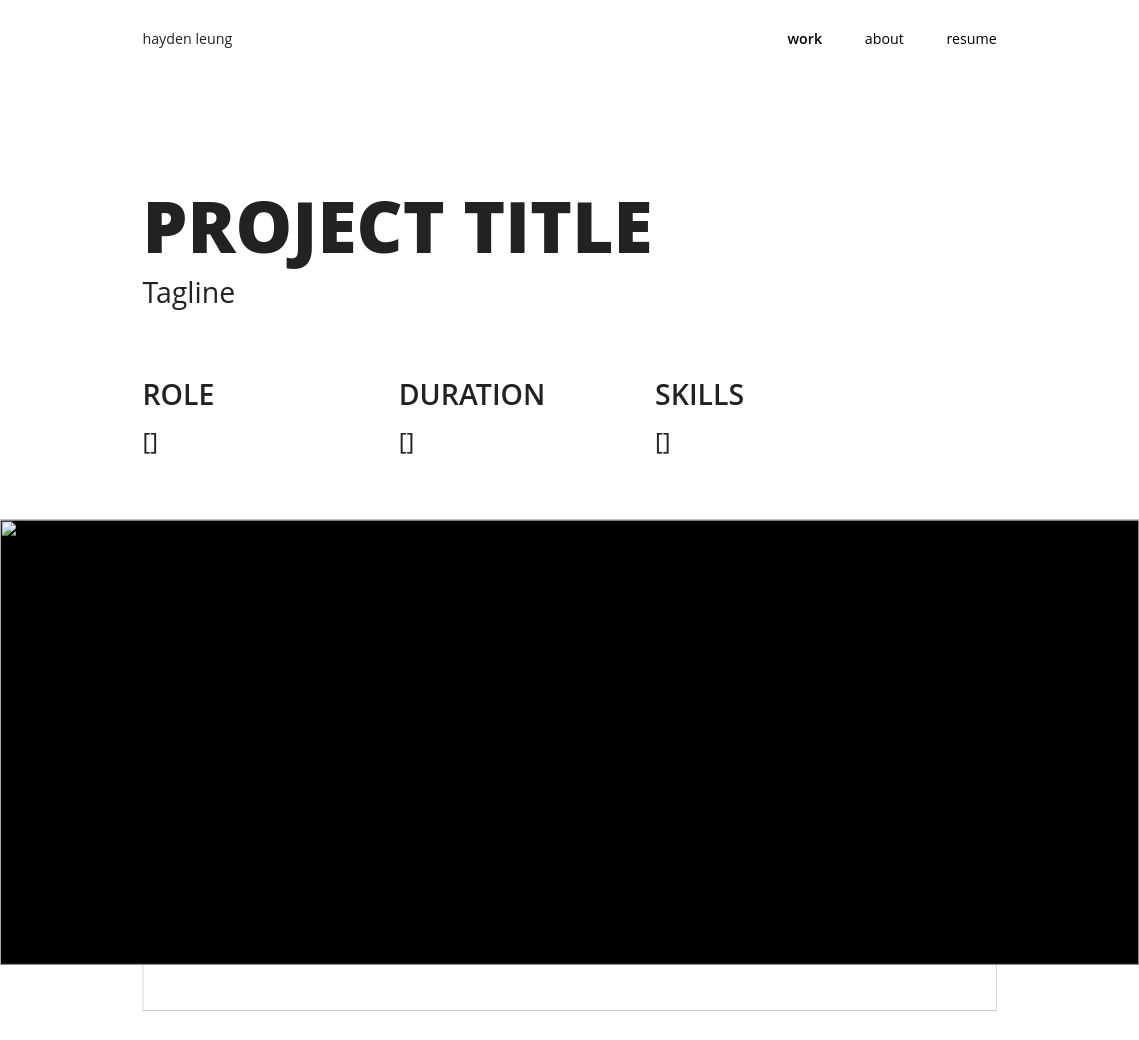
Repository: Haydenleung/Artifact
Page: /
An editor plug-in stored every save of this project. The page is shown before and after a run of saves, followed by the edit.
The browser window is 1280 px wide. The pictures show the whole page, at 89% of full size.
The project was rebuilt for these pictures with package versions that can differ from the ones it lists, and the page was loaded fresh each time. The framework's server and built-in components were replaced by stand-ins that run in the browser. Also part of the build but not shown: next.config.mjs.

Above is the page before, as saved 2024-01-29 00:10:12.

### src/pages/index.tsx
import Image from "next/image";
import Navbar from "@/components/Navbar";
import CaseStudy from "@/components/CaseStudy";

export default function Home() {
  return (
    <main className={"page"}>
      <Navbar />
      <div className={"caseStudy"}>
        <CaseStudy />
      </div>
    </main>
  )
}

### src/styles/globals.css
/* ==========================================================================
    [Table of contents]

    1. BASE
        1.1 Page Rendering Defaults
        1.2 Core Styling
        1.3 Typography
    2. LAYOUT
        2.1 Core Layout
        2.2 Small only
        2.3 medium and up
        2.4 Medium only
        2.5 large screens and up
    3. UTILITY classes
    4. PRINT

    ========================================================================== */

/* ==========================================================================
   BASE
   ========================================================================== */

/* 1.1 Page Rendering Defaults */

html {
  color: #222;
  font-size: 1em;
}

::-moz-selection {
  background: #b3d4fc;
  text-shadow: none;
}

::selection {
  background: #b3d4fc;
  text-shadow: none;
}

audio,
canvas,
iframe,
i,
img,
svg,
video {
  vertical-align: middle;
}

fieldset {
  border: 0;
  margin: 0;
  padding: 0;
}

textarea {
  resize: vertical;
}

/* 1.2 Core Styling */

/* refer to https://css-tricks.com/box-sizing/ */

*,
*:before,
*:after {
  box-sizing: border-box;
}

img {
  width: 100%;
}

/* 1.3 Typgraphy */

@import url('https://fonts.googleapis.com/css2?family=Open+Sans:ital,wght@0,300;0,400;0,500;0,600;0,700;0,800;1,300;1,400;1,500;1,600;1,700;1,800&display=swap');

h1,
h2,
h3,
h4,
h5,
h6 {
  font-weight: 400;
  /* text-align: center; */
  margin: 0;
}

h1 {
  font-size: 60pt;
  font-weight: 200;
}

h2 {
  font-size: 16pt;
}

h4 {
  font-size: 9pt;
}

h5 {
  font-size: 8pt;
}

* {
  font-family: 'Open Sans', sans-serif;
}


/* ==========================================================================
 2. LAYOUT
 ========================================================================== */

/* Helper to display empty layout containers*/

div,
main,
section,
footer,
header {
  /* outline: 1px solid #ccc; */
}

body {
  padding: 0;
  margin: 0;
}

/* 2.1 Core layout */

.row {
  display: grid;
  row-gap: 1rem;
}

.col {
  position: relative;
}

.page {
  display: flex;
  flex-direction: column;
  justify-content: center;
  align-items: center;
}

.caseStudy {
  width: 100%;
  padding: 2rem 10rem;
}

/* Navbar */

/* 2.2 Small only */

@media screen and (max-width: 39.9375em) {}

/* 2.3 medium and up */

@media screen and (min-width: 40em) {}

/* 2.4 Medium only */

@media screen and (min-width: 40em) and (max-width: 63.9375em) {}

/* 2.5 large screens and up 2.6 Large only */

/* @media screen and (min-width: 64em) {

} */

### src/components/Navbar/index.tsx
import styles from './navbar.module.css'
import Image from 'next/image'
import Link from 'next/link'
import { useState } from 'react'

export default function Navbar() {

    const [isPage, setIsPage] = useState("Work");

    return (
        <div className={styles.container}>
            <div className={styles.logo}>hayden leung</div>
            <div className={styles.pages}>
                <Link href="/" className={isPage === "Work" ? styles.bold : styles.normal}>work</Link>
                <Link href="/" className={isPage === "about" ? styles.bold : styles.normal}>about</Link>
                <Link href="/" className={isPage === "resume" ? styles.bold : styles.normal}>resume</Link>
            </div>
        </div>
    )
}

### src/components/CaseStudy/index.tsx
import Image from "next/image"
import styles from './casestudy.module.css'

export default function CaseStudy() {
    return (
        <div className={styles.project}>
            <div className={styles.titleSection}>
                <h1 className={styles.projetTitle}>PROJECT TITLE</h1>
                <h3 className={styles.projectTag}>Tagline</h3>
                <div className={styles.projectInfo}>
                    <div>ROLE
                        <div>[]</div>
                    </div>
                    <div>DURATION
                        <div>[]</div>
                    </div>
                    <div>SKILLS
                        <div>[]</div>
                    </div>
                </div>
                <Image src="/" alt="" width={100} height={500} className={styles.projectCover} />
            </div>
            <div className={styles.introduction}>
                <div className={styles.introTitle}>Intorduction</div>
                <div className={styles.introBody}>Lorem ipsum dolor sit amet consectetur. Vulputate amet eu nunc dui. Cras tempus etiam vehicula non ut amet semper sit. Suspendisse ultricies duis nullam et varius sed pellentesque in id. Quis vel eu malesuada nisl etiam. Non in sem odio quis vehicula posuere. Quis adipiscing molestie nulla augue vestibulum porta et. Duis proin tortor vitae lorem eget. Urna sit at nec montes dignissim.</div>
            </div>
            <div className={styles.process}>
                <div className={styles.processTitle}>Intorduction</div>
                <Image src="/" alt="" width={100} height={100} />
            </div>
        </div>
    )
}

### src/components/Navbar/navbar.module.css
.container {
    /* background-color: lightgrey; */
    padding: 0.5rem;
    width: 100%;
    padding: 2rem 10rem;
    display: flex;
    flex-direction: row;
    justify-content: space-between;
    position: sticky;
    min-height: 44px;
}

.logo {}

.pages {
    display: flex;
    flex-direction: row;
    gap: 3rem;
}

.bold {
    font-weight: 600;
    color: black;
    text-decoration: none;
}

.normal {
    color: black;
    text-decoration: none;
}

### src/components/CaseStudy/casestudy.module.css
.project {
    display: flex;
    flex-direction: column;
    gap: 10rem;
    padding-top: 5rem;
}

.projetTitle {
    font-weight: 800;
    text-transform: capitalize;
}

.projectTag {
    font-size: 24pt;
    font-weight: 400;
}

.projectInfo {
    display: flex;
    flex-direction: row;
    padding: 4rem 0;
}

.projectInfo>div {
    width: 30%;
    font-weight: 600;
    line-height: 180%;
    font-size: 24pt;
    min-width: 30%;
}

.projectInfo>div>div {

    font-weight: 400;
    line-height: 180%;
    font-size: 20pt;
}

.projectCover {
    position: absolute;
    left: 0;
    width: 100%;
    background-color: black;
}

Loaded but not shown: src/pages/_app.tsx (common file); src/pages/_document.tsx (common file)

After the next 3 saves:
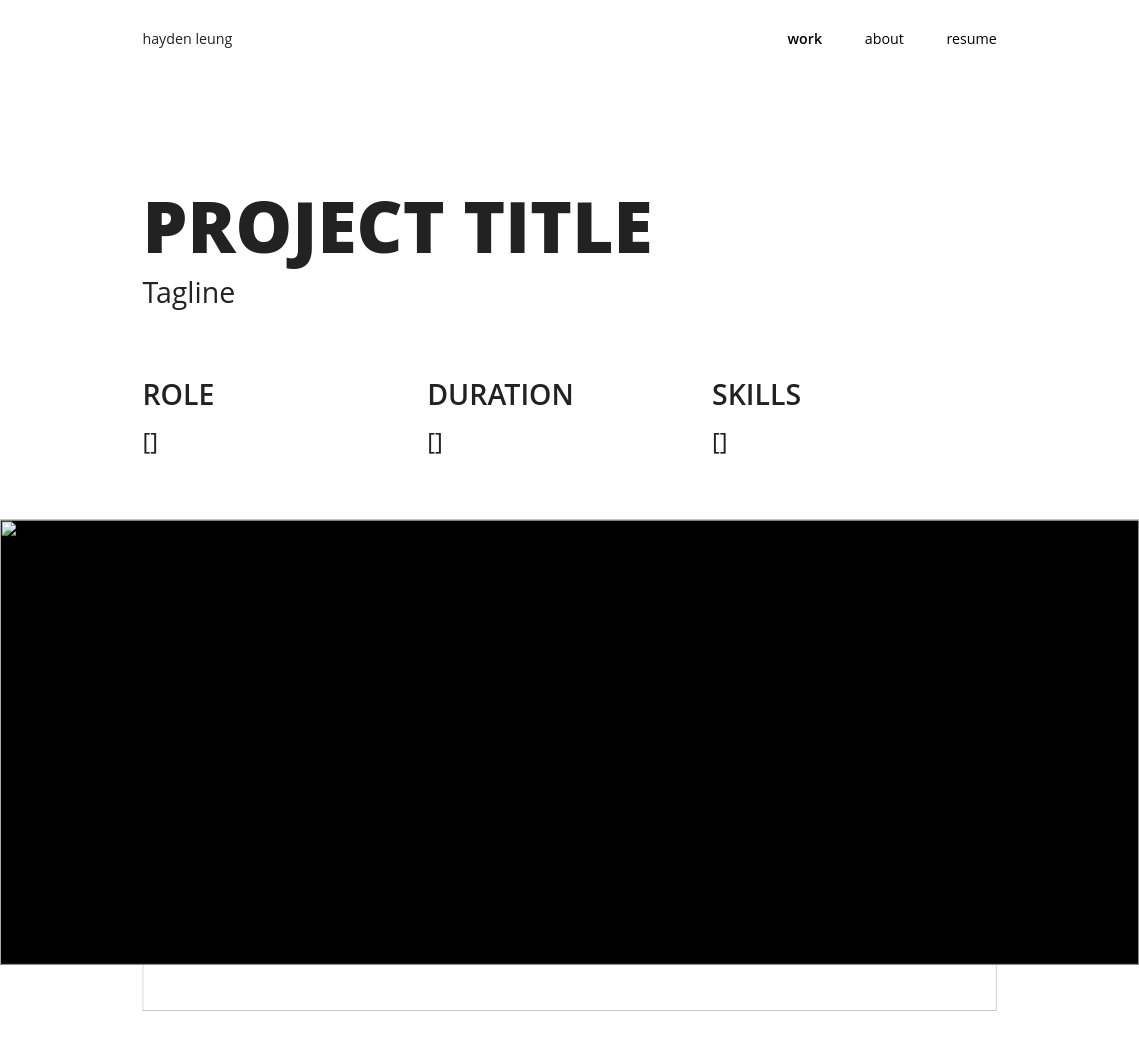
The 3 saves are shown as one change because they came seconds apart.
The last was saved 8 s later.
--- a/src/components/CaseStudy/casestudy.module.css
+++ b/src/components/CaseStudy/casestudy.module.css
@@ -26,7 +26,7 @@
     font-weight: 600;
     line-height: 180%;
     font-size: 24pt;
-    min-width: 30%;
+    width: 60%;
 }
 
 .projectInfo>div>div {
